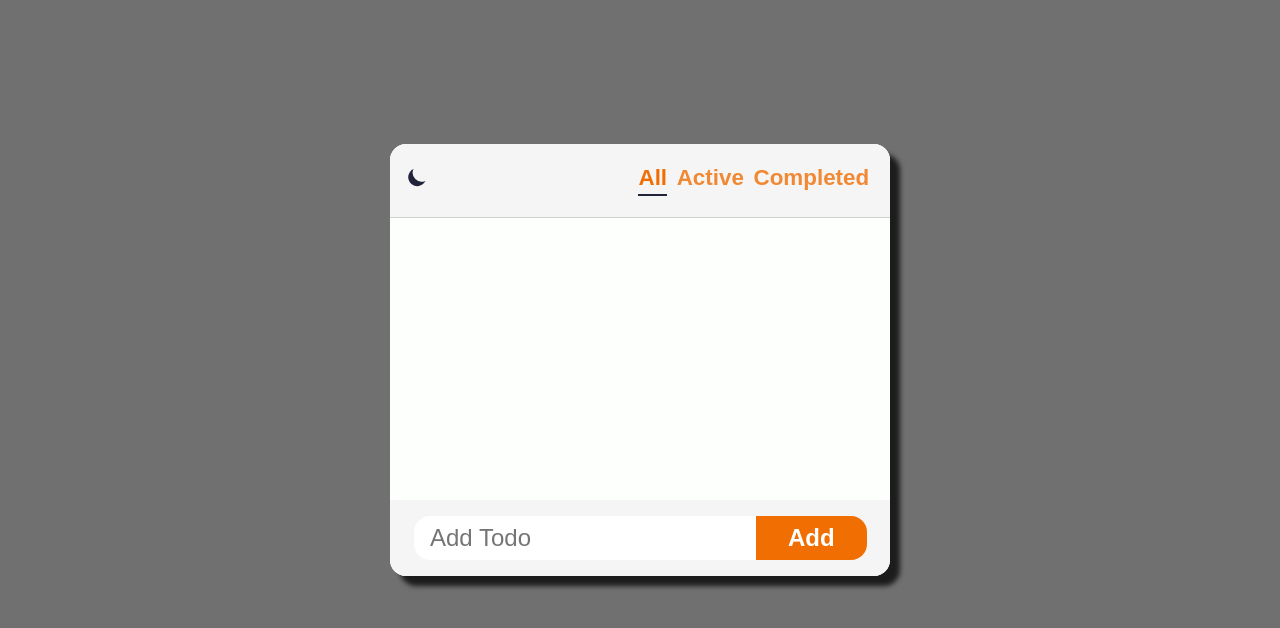
Repository: MrJinkyu/TodoList
Page: /
These files come from the project's save history. The page is drawn as it stood at one moment and after the next save; the edit follows.
The browser window is 1280 px wide. The pictures show the whole page.
The project was rebuilt for these pictures with package versions that can differ from the ones it lists, and the page was loaded fresh each time. Also part of the build but not shown: src/components/Todo.module.css, src/components/Todo.jsx.

Above is the page before, as saved 2023-05-01 15:59:25.

### src/index.css
:root{
  --color-body: #6f706f;
  --color-bg-dark:#f5f5f5;
  --color-bg: #fdfffd;
  --color-grey: #d1d1d1;
  --color-text: #22243b;
  --color-accent: #f16e03;
  --color-white: white;
  --color-scrollbar: #aaa7a7;
}

html.dark{
  --color-bg-dark: #1a1c35;
  --color-bg: #22243b;
  --color-grey: #4e4e4e;
  --color-text: #fdfffd;
}

*{
  box-sizing: border-box;
  padding: 0;
  margin: 0;
}

button{
  border: none;
  outline: none;
  cursor: pointer;
  background-color: transparent;
}

ul,li{
  list-style: none;
}

body {
  margin: 0;
  font-family: -apple-system, BlinkMacSystemFont, 'Segoe UI', 'Roboto', 'Oxygen',
    'Ubuntu', 'Cantarell', 'Fira Sans', 'Droid Sans', 'Helvetica Neue',
    sans-serif;
  -webkit-font-smoothing: antialiased;
  -moz-osx-font-smoothing: grayscale;
  width: 100vw;
  height: 100vh;
  display: flex;
  justify-content: center;
  align-items: center;
  background-color: var(--color-body);
  font-size: 1.2rem;
  accent-color: var(--color-accent);
}

#root{
  overflow: hidden;
  display: flex;
  flex-direction: column;
  width: 100%;
  height: 60%;
  max-width: 500px;
  background-color: var(--color-bg);
  border-radius: 1rem;
  box-shadow: 10px 10px 5px 0px rgba(0,0,0,0.75);
-webkit-box-shadow: 10px 10px 5px 0px rgba(0,0,0,0.75);
-moz-box-shadow: 10px 10px 5px 0px rgba(0,0,0,0.75);
}

code {
  font-family: source-code-pro, Menlo, Monaco, Consolas, 'Courier New',
    monospace;
}

::-webkit-scrollbar {
  width: 0.5rem
}

::-webkit-scrollbar-track {
  background-color: var(--color-bg-dark);
}

::-webkit-scrollbar-thumb {
  background-color: var(--color-scrollbar);
}

::-webkit-scrollbar-thumb:hover {
  background-color: var(--color-accent);
}

### src/App.js
import { useState } from "react";
import TodoList from "./components/TodoList";
import Header from "./components/Header";
import { DarkModeProvider } from "./context/DarkModeContext";

const filters = ['all', 'active', 'completed'];
function App() {
  const [filter, setFilter] = useState(filters[0]);
  return (
    <DarkModeProvider>
      <Header filters={filters} filter={filter} onFilterChange={setFilter}/>
      <TodoList filter={filter}/>
    </DarkModeProvider>
  );
}

export default App;

### src/components/TodoList.jsx
import React, { useEffect, useState } from 'react';
import AddTodo from './AddTodo';
import Todo from './Todo';
import styles from './TodoList.module.css';

export default function TodoList({filter}) {
    const [todos, setTodos] = useState(readTodo);
    const handleAdd = (todo) => {
        setTodos([...todos, todo]);
    }
    const handleUpdate = (updated) => {
        setTodos(todos.map((todo) => todo.id === updated.id ? updated : todo));
    }
    const handleDelete = (deleted) => {
        setTodos(todos.filter((todo) => todo.id !== deleted.id));
    }
    const filtered = getFilteredItems(todos, filter);

    useEffect(()=>{
        localStorage.setItem('todos',JSON.stringify(todos));
    },[todos]);
    return (
        <section className={styles.container}>
            <ul className={styles.list}>
                {filtered.map((item) => (
                    <Todo
                        key={item.id}
                        todo={item}
                        onUpdate={handleUpdate}
                        onDelete={handleDelete}
                    />
                ))}
            </ul>
            <AddTodo onAdd={handleAdd}/>
        </section>
    );
}

function getFilteredItems(todos, filter){
    if(filter === 'all'){
        return todos;
    }
    return todos.filter((todo) => todo.status === filter);
}

function readTodo(){
    const todos = localStorage.getItem('todos');
    return todos ? JSON.parse(todos) : [];
}

### src/components/Header.jsx
import React from 'react';
import styles from './Header.module.css';
import { useDarkMode } from '../context/DarkModeContext';
import { HiMoon, HiSun } from 'react-icons/hi';

export default function Header({filters, filter, onFilterChange}) {
    const {darkMode, toggleDarkMode} = useDarkMode();

    return (
        <header className={styles.header}>
            <button className={styles.toggle} onClick={toggleDarkMode}>
                {!darkMode && <HiMoon></HiMoon>}
                {darkMode && <HiSun></HiSun>}
            </button>
            <ul className={styles.filters}>
                {filters.map((value,index) => (
                    <li key={index}>
                        <button
                            onClick={() => onFilterChange(value)}
                            className={`${styles.filter} ${filter === value && styles.selected}`}
                        >
                            {value}
                        </button>
                    </li>
                ))}
            </ul>
        </header>
    );
}

### src/context/DarkModeContext.jsx
const { createContext, useState, useContext } = require("react");

const DarkModeContext = createContext();

export function DarkModeProvider({children}){
    const [darkMode, setDarkMode] = useState(false);
    const toggleDarkMode = () => {
        setDarkMode(!darkMode);
        updateDarkMode(!darkMode);
    }

    return (
        <DarkModeContext.Provider value={{darkMode, toggleDarkMode}}>
            {children}
        </DarkModeContext.Provider>
    )
}

export const useDarkMode = () => useContext(DarkModeContext);

function updateDarkMode(darkMode){
    if(darkMode){
        document.documentElement.classList.add('dark');
    }else{
        document.documentElement.classList.remove('dark');
    }
}

### src/components/AddTodo.jsx
import React, { useState } from 'react';
import {v4 as uuidv4} from 'uuid';
import styles from './AddTodo.module.css';

export default function AddTodo({onAdd}) {
    const [text, setText] = useState('');
    const handleChange = (e) => {
        setText(e.target.value);
    }
    const handleSubmit = (e) => {
        e.preventDefault();
        if(text.trim().length === 0){
            return ;
        }
        onAdd({ id: uuidv4(), text, status: 'active' });
        setText('');
    }
    return (
        <form className={styles.form} onSubmit={handleSubmit}>
            <input
                className={styles.input}
                type="text"
                value={text}
                onChange={handleChange}
                placeholder='Add Todo'
            />
            <button className={styles.button}>Add</button>
        </form>
    );
}

### src/components/TodoList.module.css
.container{
    height: 100%;
    display: flex;
    flex-direction: column;
    min-height: 0;
}

.list{
    flex: 1 1 auto;
    padding: 0.7rem 1rem;
    overflow-y: auto;
}

### src/components/Header.module.css
.header{
    background-color: var(--color-bg-dark);
    display: flex;
    justify-content: space-between;
    align-items: center;
    padding: 1rem;
    border-bottom: 1px solid var(--color-grey);
}

.toggle{
    font-size: 1.4rem;
    color: var(--color-text);
    transition: all 150ms ease-out;
}

.toggle:hover{
    color: var(--color-accent);
    transform: scale(1.1);
}

.filters{
    display: flex;
}

.filter{
    margin: 0.3rem;
    font-size: 1.4rem;
    color: var(--color-accent);
    font-weight: bold;
    opacity: 0.8;
    text-transform: capitalize;
}

.filter:hover,
.filter.selected{
    opacity: 1;
}

.filter.selected::after{
    content: '';
    display: block;
    margin-top: 0.2rem;
    border: 1px solid var(--color-text);
}

### src/components/AddTodo.module.css
.form{
    width: 100%;
    display: flex;
    padding: 1rem 1.5rem;
    background-color: var(--color-bg-dark);
}

.input{
    font-size: 1.5rem;
    border: none;
    outline: none;
    padding: 0.5rem 1rem;
    flex: 1 0 auto;
    border-top-left-radius: 1rem;
    border-bottom-left-radius: 1rem;
}

.button{
    padding: 0 2rem;
    font-size: 1.5rem;
    font-weight: bold;
    background-color: var(--color-accent);
    color: var(--color-white);
    border-top-right-radius: 1rem;
    border-bottom-right-radius: 1rem;
}

.button:hover{
    filter: brightness(125%);
}

### src/components/Greeting.jsx
import React from 'react';

export default function Greeting() {
    return (
        <h2>
            Welcome, Jinkyu
        </h2>
    );
}

Loaded but not shown: public/index.html (common file); src/index.js (common file); src/reportWebVitals.js (common file)

After the next save:
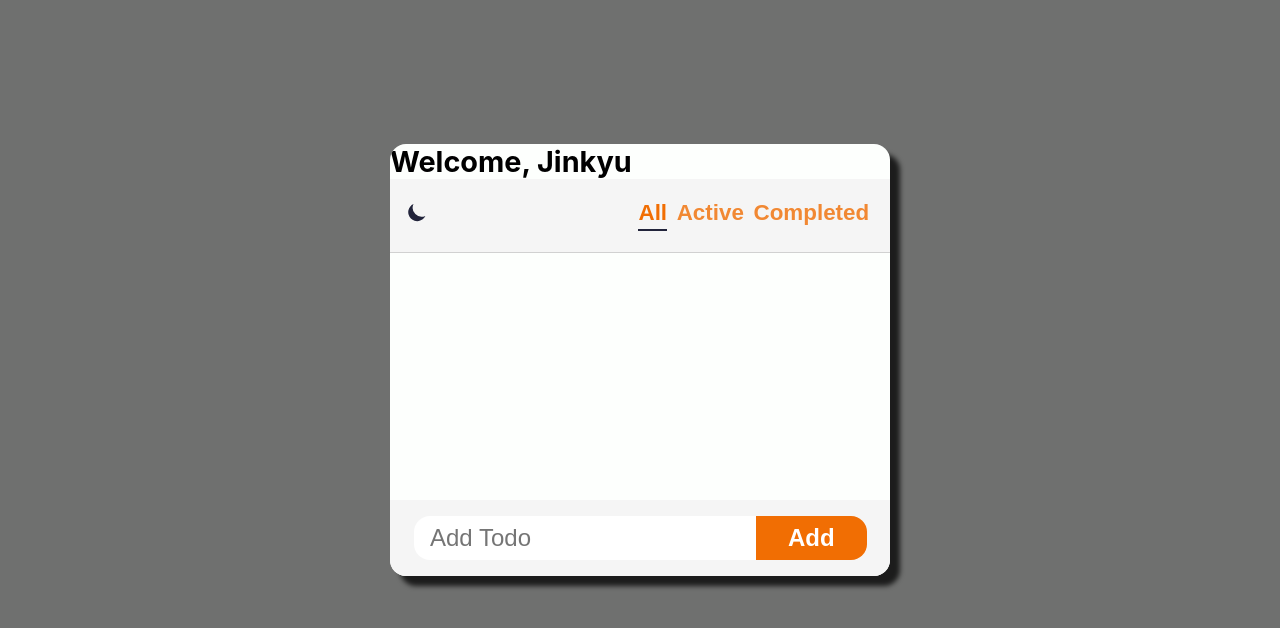
Saved 14 s later.
--- a/src/App.js
+++ b/src/App.js
@@ -2,12 +2,14 @@ import { useState } from "react";
 import TodoList from "./components/TodoList";
 import Header from "./components/Header";
 import { DarkModeProvider } from "./context/DarkModeContext";
+import Greeting from "./components/Greeting";
 
 const filters = ['all', 'active', 'completed'];
 function App() {
   const [filter, setFilter] = useState(filters[0]);
   return (
     <DarkModeProvider>
+      <Greeting/>
       <Header filters={filters} filter={filter} onFilterChange={setFilter}/>
       <TodoList filter={filter}/>
     </DarkModeProvider>
